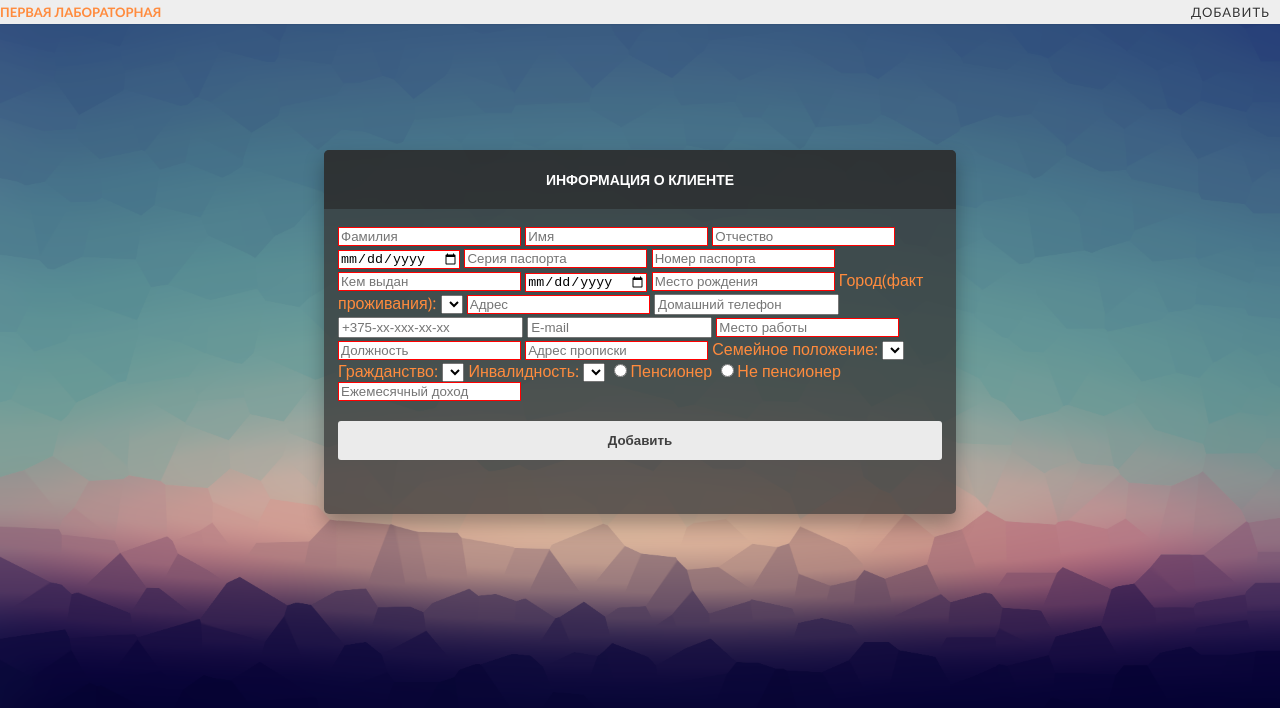
Repository: KosiloVeronika/workspace
Page: http://localhost/adbLab1/jsp/add_edit.jsp
The author's editor kept a copy of each file at every save. The page is drawn from the files as they stood at one save, then again after the next save.
The browser window is 1280 px wide. The pictures show the whole page.
Some web libraries are served in a nearby version. The page is served by Tomcat 9. Other server files are loaded and not shown. The template is opened directly, without the code that normally fills it, so the values that code supplies are empty.

Above is the page before, as saved 2015-10-12 22:13:25.

### adbLab1/WebContent/jsp/add_edit.jsp
<%@ page language="java" contentType="text/html; charset=utf-8"
    pageEncoding="utf-8"%>
<%@ taglib prefix="c" uri="http://java.sun.com/jsp/jstl/core" %>
<!DOCTYPE html PUBLIC "-//W3C//DTD HTML 4.01 Transitional//EN" "http://www.w3.org/TR/html4/loose.dtd">
<html>
<head>
	<link href="<c:url value="/css/style.css" />" rel="stylesheet" media="screen" type="text/css" />
	<script type="text/javascript" src="http://ajax.googleapis.com/ajax/libs/jquery/1.4.2/jquery.min.js"></script>
	<script type="text/javascript" src="<c:url value="/js/validation.js"/>"></script>
	<link href='http://fonts.googleapis.com/css?family=Open+Sans:400,700' rel='stylesheet' type='text/css'>
	<meta http-equiv="Content-Type" content="text/html; charset=utf-8">
	<title>Добавить клиента</title>
</head>
<body>
	<c:import url="/jspf/header.jsp" />
    <div id="login-form">
      <h1>Информация о клиенте</h1>
        <fieldset>
            <form method="POST" action="${pageContext.servletContext.contextPath}/Controller">
	            <input type="hidden" name="command" value="add" />
	                <input type="text" required name="surname" placeholder="Фамилия"/>
	                <input type="text" required name="name" placeholder="Имя"/>
	                <input type="text" required name="second_name" placeholder="Отчество"/>
	                <input type="date" required name="date_of_birth" placeholder="Дата рождения"/>
	                <input type="text" required name="passport_series" placeholder="Серия паспорта">
	                <input type="number" required name="passport_number" placeholder="Номер паспорта">
	                <input type="text" required name="authority" placeholder="Кем выдан">
	                <input type="date" required name="date_of_issue" placeholder="Дата выдачи">
	                <input type="text" required name="birth_place" placeholder="Место рождения">
	                Город(факт проживания):
	                <select name="city">
	                	<c:forEach items = "${cityList }" var="city">
							<option value="${city.id }" label="${city.city }" />
						</c:forEach>
	                </select>
	                <input type="text" required name="address" placeholder="Адрес">
	                <input type="tel" name="home_telephone" pattern="2[0-9]{2}-[0-9]{2}-[0-9]{2}" placeholder="Домашний телефон">
	                <input type="tel" name="mobile_telephone" pattern="+375-[0-9]{2}-[0-9]{3}-[0-9]{2}-[0-9]{2}" placeholder="+375-xx-xxx-xx-xx">
	                <input type="email" name="mail" placeholder="E-mail">
	                <input type="text" required name="place_of_work" placeholder="Место работы">
	                <input type="text" required name="w_position" placeholder="Должность">
	                <input type="text" required name="registration_address" placeholder="Адрес прописки">
	                Семейное положение:
	                <select name="marital_status">
	                	<c:forEach items = "${martialList }" var="martial">
							<option value="${martial.id }" label="${martial.status }" />
						</c:forEach>
	                </select>
	                Гражданство:
	                <select name="citizenship">
	                	<c:forEach items = "${citizenshipList }" var="ctzn">
							<option value="${ctzn.id }" label="${ctzn.citizenship }" />
						</c:forEach>
	                </select>
	                Инвалидность:
	                <select name="disability">
	                	<c:forEach items = "${disabilityList }" var="dsblt">
							<option value="${dsblt.id }" label="${dsblt.disability }" />
						</c:forEach>
	                </select>
					<input type="radio" name="pensioner" value="YES" />Пенсионер
	            	<input type="radio" name="pensioner" value="NO" />Не пенсионер
	                <input type="text" required name="monthly_income" placeholder="Ежемесячный доход">

	                <input type="submit" value="Добавить">
	                <br/>
					${errorLoginPassMessage}
				<br/>
					${wrongAction}
				<br/>
            </form>
        </fieldset>
    </div>
	<c:import url="/jspf/footer.jsp" />
</body>
</html>

### adbLab1/WebContent/jspf/header.jsp
<%@ page language="java" contentType="text/html; charset=UTF-8"
    pageEncoding="UTF-8"%>
<!DOCTYPE html PUBLIC "-//W3C//DTD HTML 4.01 Transitional//EN" "http://www.w3.org/TR/html4/loose.dtd">
<html>
<head>
	<meta http-equiv="Content-Type" content="text/html; charset=UTF-8">
</head>
<body>
	<header>
	    <div class="vladmaxi-top">
	    <strong>Первая лабораторная</strong>
	        <span class="right">
	        	<a href="${pageContext.servletContext.contextPath}/Controller?command=add_page"> Добавить</a>
	        </span>
	    <div class="clr"></div>
	    </div>
	</header>
</body>
</html>

### adbLab1/WebContent/jspf/footer.jsp
<%@ page language="java" contentType="text/html; charset=ISO-8859-1"
    pageEncoding="ISO-8859-1"%>
<!DOCTYPE html PUBLIC "-//W3C//DTD HTML 4.01 Transitional//EN" "http://www.w3.org/TR/html4/loose.dtd">
<html>
<head>
<meta http-equiv="Content-Type" content="text/html; charset=ISO-8859-1">
<title>Insert title here</title>
</head>
<body>
	<footer>

	</footer>
</body>
</html>

### adbLab1/WebContent/css/style.css
@charset "utf-8";

html {
  background: url(../images/1.png) no-repeat center center fixed;
  -webkit-background-size: cover;
  -moz-background-size: cover;
  -o-background-size: cover;
  background-size: cover;
}

body {
	color: #ff8b3d;
  	font-family: 'Open Sans', sans-serif;
	font-size: 16px;

}

table {
	margin: 150px auto;
	background-color: RGBA(72,28,94,0.6);
	color: #ff8b3d;
  	font-family: 'Open Sans', sans-serif;
	font-size: 16px;
}

#login-form {
	background-color: rgba(54, 54, 54, 0.75);
	border-radius: 5px;
	-moz-border-radius: 5px;
	-webkit-border-radius: 5px;
	margin: 150px auto;
	width: 50%;
  font-family: 'Open Sans', sans-serif;
	font-size: 16px;
  -webkit-box-shadow:  0px 10px 20px 0px rgba(0, 0, 0, 0.3);
   box-shadow:  0px 10px 20px 0px rgba(0, 0, 0, 0.3);

}

#login-form h1 {
	background-color: rgba(41, 40, 41, 0.65);;
	border-radius: 5px 5px 0px 0px;
	-moz-border-radius: 5px 5px 0px 0px;
	-webkit-border-radius: 5px 5px 0px 0px;
	color: #fff;
	padding: 20px;
	text-align: center;
	text-transform: uppercase;
  font-family: 'Open Sans', sans-serif;
	font-size: 14px;
}

input:required:invalid {
	border:1px solid red;
}

#login-form fieldset {
	border: none;
}
#login-form fieldset form input[type!=radio] {
	background-color: #ffffff;
	border: none;
	border-radius: 3px;
	-moz-border-radius: 3px;
	-webkit-border-radius: 3px;
	color: #404040;
	cursor: text;
	float: none;
	font-weight: bold;
	margin-top: 20px;
	padding: 12px 12px;
  -webkit-appearance: none;
}
#login-form fieldset form input[type=radio] {

}

#login-form fieldset form input[type="submit"] {
	background-color: #ebebeb;
	border: none;
	border-radius: 3px;
	-moz-border-radius: 3px;
	-webkit-border-radius: 3px;
	color: #404040;
	cursor: pointer;
	float: none;
	font-weight: bold;
	margin-top: 20px;
	padding: 12px 12px;
  -webkit-appearance: none;
}
input[type="submit"] {
	background-color: #ebebeb;
	border: none;
	border-radius: 3px;
	-moz-border-radius: 3px;
	-webkit-border-radius: 3px;
	color: #404040;
	cursor: pointer;
	float: none;
	font-weight: bold;
	width: 100%;
  -webkit-appearance: none;
}


input[type="submit"]:hover {
	background-color: #e0e0e0;
}


#login-form fieldset form input[type="submit"]:hover {
	background-color: #e0e0e0;
}

#login-form fieldset form span:before {
	background-color: #c9c9c9;
	display: inline-block;
	height: 20px;
	line-height: 20px;
	margin-right: 10px;
	text-align: center;
	width: 20px;
}

#login-form fieldset form span {
	font-size: 12px;
	margin-top: 40px;
}

#login-form fieldset form span a{
	color: #eb6d1a;
	text-decoration: none;
}

#login-form fieldset form span a:hover {
	color: #eb6d1a;
}

/* ����� ���� vladmaxi, ����� ������� */
.vladmaxi-top{
	line-height: 24px;
	font-size: 11px;
	background: #eee;
	text-transform: uppercase;
	z-index: 9999;
	position: fixed;
	top:0;
	left:0;
	width:100%;
	font-family: calibri;
	font-size: 13px;
	box-shadow: 1px 0px 2px rgba(0,0,0,0.2);
	-webkit-animation: slideOut 0.5s ease-in-out 0.3s backwards;
}
@-webkit-keyframes slideOut{
	0%{top:-30px; opacity: 0;}
	100%{top:0px; opacity: 1;}
}

.vladmaxi-top a{
	padding: 0px 10px;
	letter-spacing: 1px;
	color: #333;
	text-shadow: 0px 1px 1px #fff;
	display: block;
	float: left;
	text-decoration:none;
}
.vladmaxi-top a:hover{
	background: #fff;
}
.vladmaxi-top span.right{
	float: right;
}
.vladmaxi-top span.right a{
	float: left;
	display: block;
}

### adbLab1/WebContent/js/validation.js
window.onload = function(e) {
	var loginField = $('[name=login]').first();
	var passwordField = $('[name=password]').first();
	console.log('keyup3');
	loginField.keyup(function(e) {
		var loginField = $('[name=login]').first();
		var loginValue = loginField.val();
		var pattern = /^[a-zA-Z][a-zA-Z0-9-_\\.]{1,20}$/;
		if(loginValue && pattern.test(loginValue)) {
			loginField.attr('style', 'background:green');
		} else {
			loginField.attr('style', 'background:red');
		}
	});
	passwordField.keyup(function(e) {
		var passwordField = $('[name=password]').first();
		var passwordValue = passwordField.val();
		var pattern = /^((?=.*\d))(?=.*[A-Z])(?=.*[a-z])\w{8,30}$/;
		if(passwordValue && pattern.test(passwordValue)) {
			passwordField.attr('style', 'background:green');
		} else {
			passwordField.attr('style', 'background:red');
		}
	});
	console.log(loginField.change);
}

After the next save:
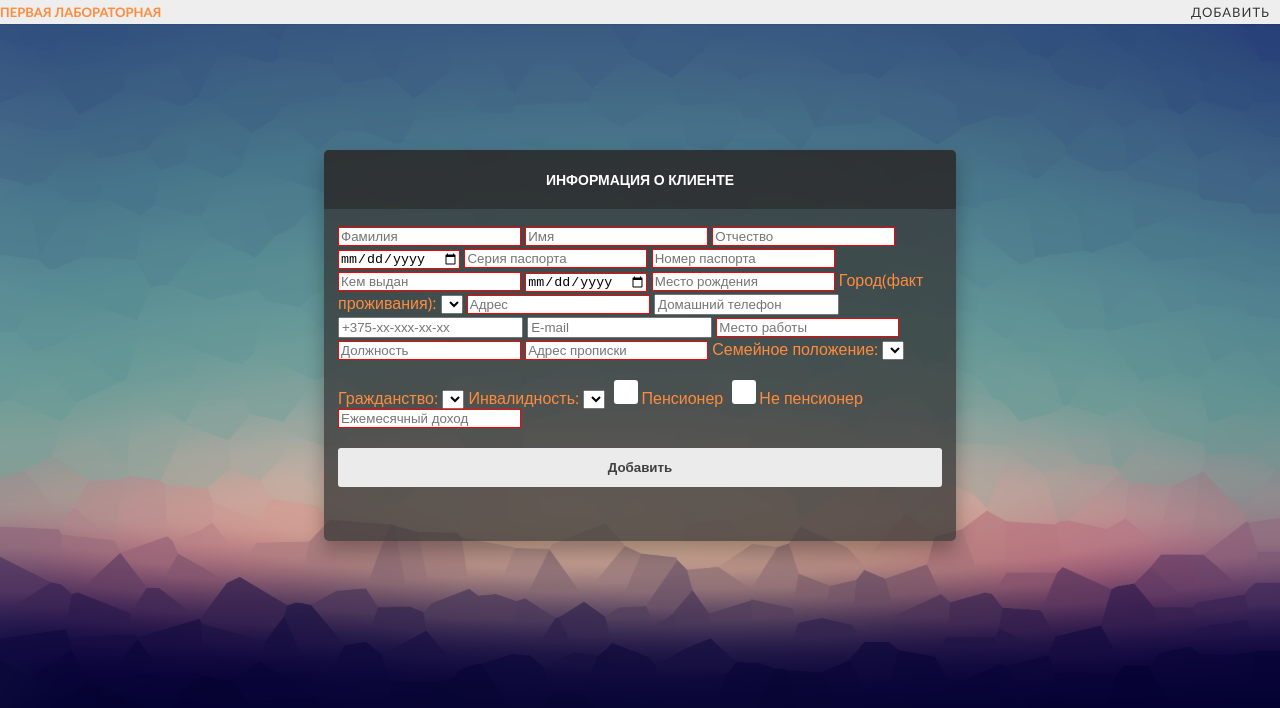
Saved 27 s later.
--- a/adbLab1/WebContent/css/style.css
+++ b/adbLab1/WebContent/css/style.css
@@ -57,7 +57,7 @@ input:required:invalid {
 #login-form fieldset {
 	border: none;
 }
-#login-form fieldset form input[type!=radio] {
+#login-form fieldset form input[type=radio] {
 	background-color: #ffffff;
 	border: none;
 	border-radius: 3px;
